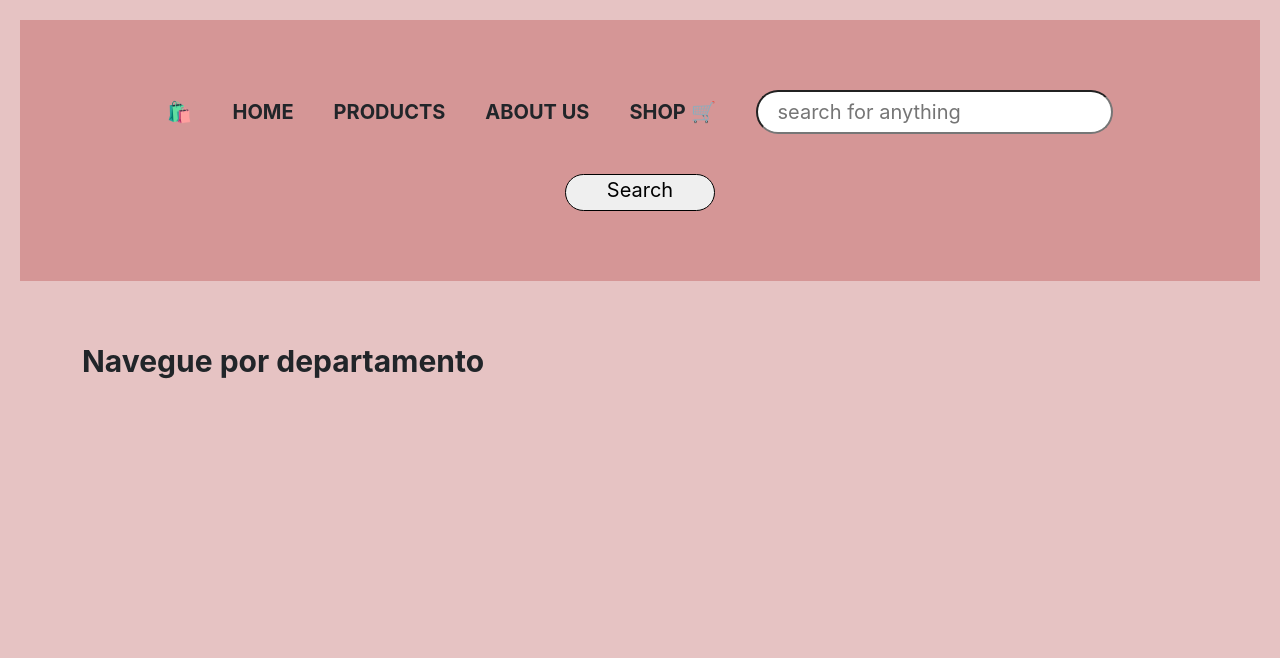
Repository: thf4/Project-Shop
Page: /
These files come from the project's save history. The page is drawn as it stood at one moment and after the next save; the edit follows.
The browser window is 1280 px wide. The pictures show the whole page.
The project was rebuilt for these pictures with package versions that can differ from the ones it lists, and the page was loaded fresh each time.

Above is the page before, as saved 2021-04-22 16:54:28.

After the next save:
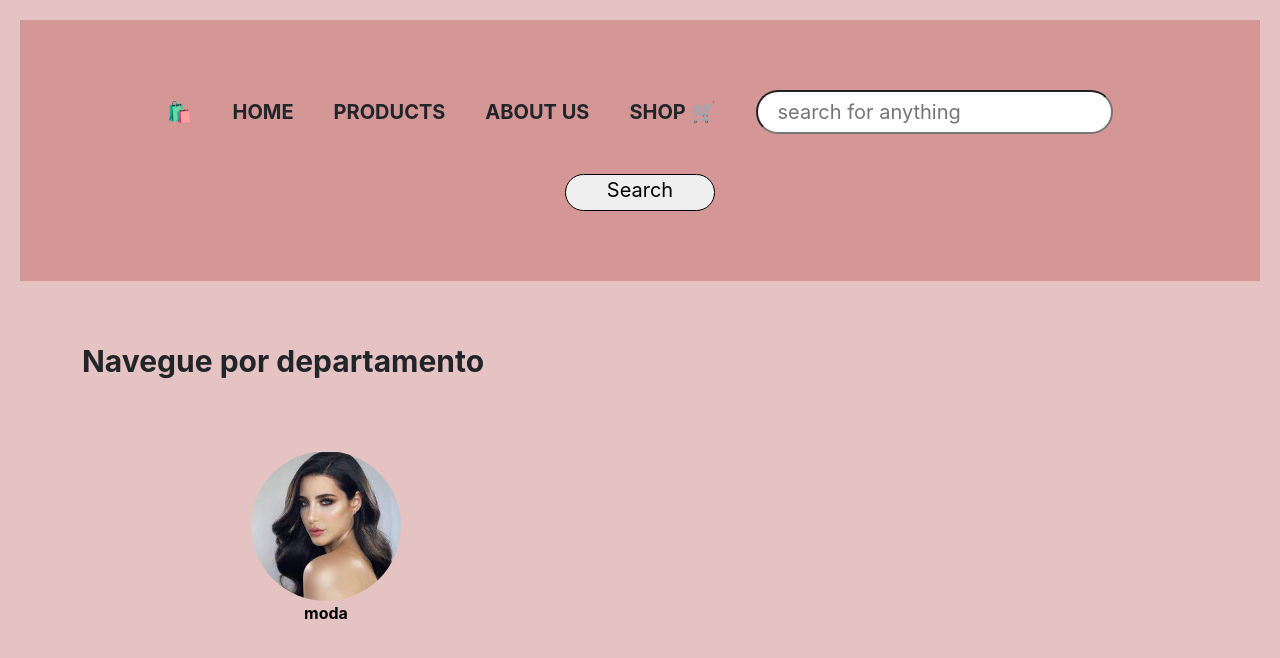
Saved 31 s later.
--- a/src/Exemplo.js
+++ b/src/Exemplo.js
@@ -25,7 +25,7 @@ function Exemplo() {
 
 const Foto = (props) => {
 
-const {img, alt, links, nameSection } = props
+const {img, alt, links, nameSection } = props.foto
 
   return (
     <article className="foto-banner">
